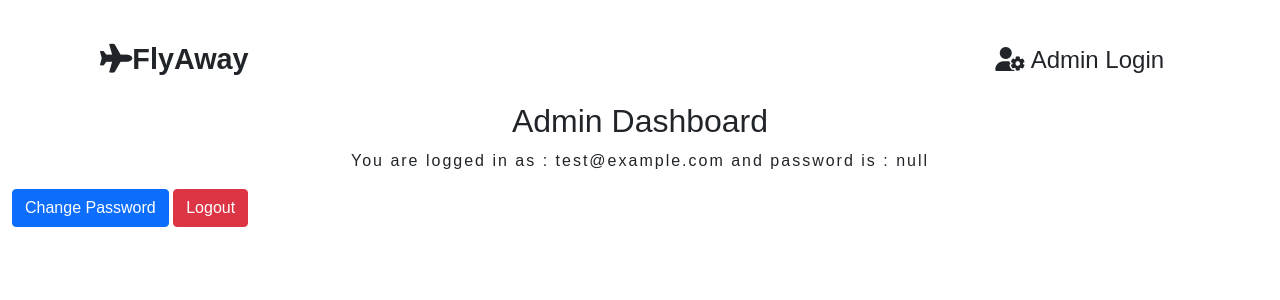
Repository: Niks4u2/FlyAway
Page: http://localhost/flyaway/dashboard.jsp
These files come from the project's save history. The page is drawn as it stood at one moment and after the next save; the edit follows.
The browser window is 1280 px wide. The pictures show the whole page.
Some web fonts or font styles are not loaded; a fallback is used. Some web libraries are served in a nearby version. The page is served by Tomcat 10. The session is filled in as if someone had signed in: {"email": "test@example.com"}.

Above is the page before, as saved 2021-09-26 07:40:37.

After the next save:
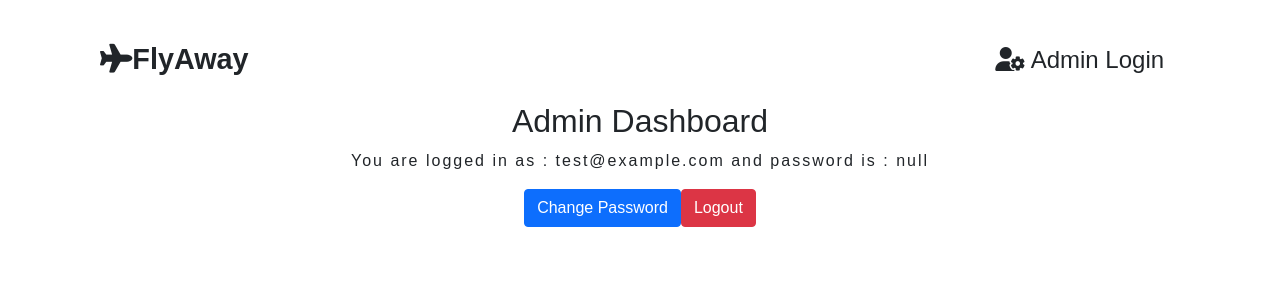
Saved 25 s later.
--- a/Source Code/flyaway/src/main/webapp/dashboard.jsp
+++ b/Source Code/flyaway/src/main/webapp/dashboard.jsp
@@ -81,7 +81,7 @@
             </div>
         </div>
         	<div class="row g-2 d-flex justify-content-center align-items-center">
-            <div class="col-md-12 ">
+            <div class="col-md-12 d-flex justify-content-center align-items-center">
                 <button class="btn btn-primary">Change Password</button>
                 <a href="LogoutServlet"><button class="btn btn-danger">Logout</button></a>
             </div>
